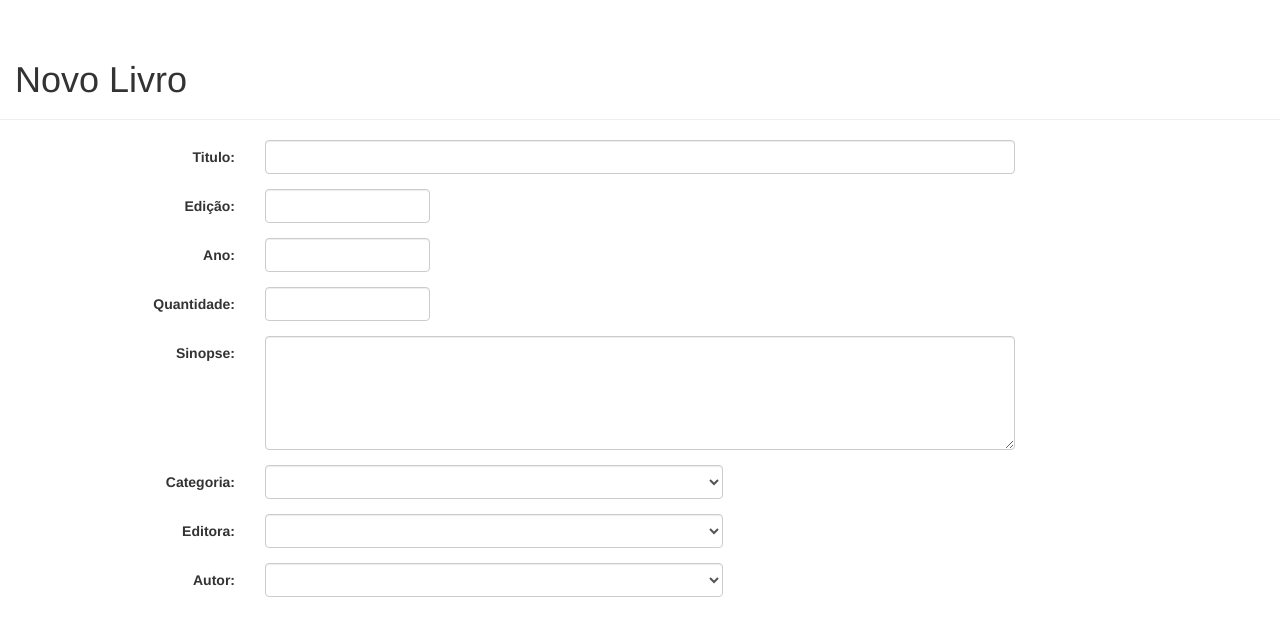
Repository: stefanyco/biblioteca
Page: http://localhost/Biblioteca/livroAdicionar.jsp
The author's editor kept a copy of each file at every save. The page is drawn from the files as they stood at one save, then again after the next save.
The browser window is 1280 px wide. The pictures show the whole page.
The page is served by Tomcat 9. Queries for data that is not in the repository find no rows.

Above is the page before, as saved 2016-11-07 22:20:19.

After the next save:
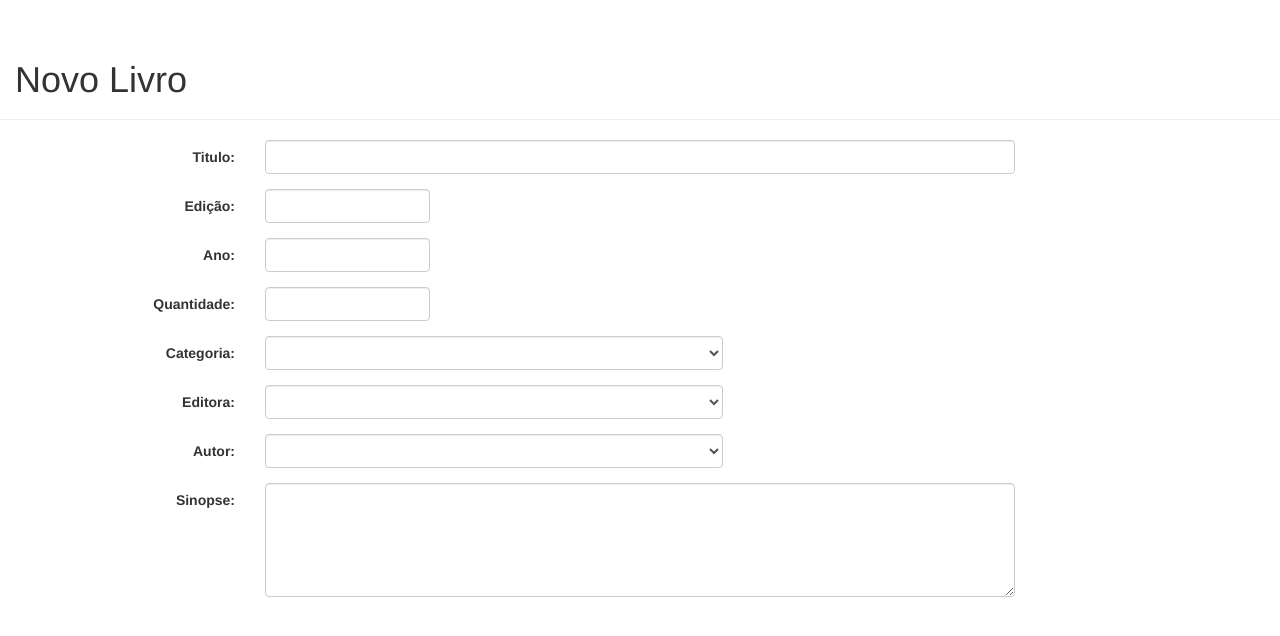
Saved 19 s later.
--- a/Sistema Biblioteca/Biblioteca/WebContent/livroAdicionar.jsp
+++ b/Sistema Biblioteca/Biblioteca/WebContent/livroAdicionar.jsp
@@ -44,12 +44,6 @@
 						<label for="qtd" class="col-xs-2 control-label" >Quantidade:</label>
 						<div class="col-xs-2">
 							<input type="number" class="form-control" name="qtd" id="qtd">
-						</div>
-					</div>
-					<div class="form-group">
-						<label for="titulo" class="col-xs-2 control-label">Sinopse:</label>
-						<div class="col-xs-8">
-							<textarea rows="5" cols="5" class="form-control" name="sinopse" id="sinopse"></textarea>
 						</div>
 					</div>
 					<div class="form-group">
@@ -110,6 +104,12 @@
 								</select>
 							</div>
 					</div>
+					<div class="form-group">
+						<label for="titulo" class="col-xs-2 control-label">Sinopse:</label>
+						<div class="col-xs-8">
+							<textarea rows="5" cols="5" class="form-control" name="sinopse" id="sinopse"></textarea>
+						</div>
+					</div>
 				</form>
 			</div>
 		</div>
